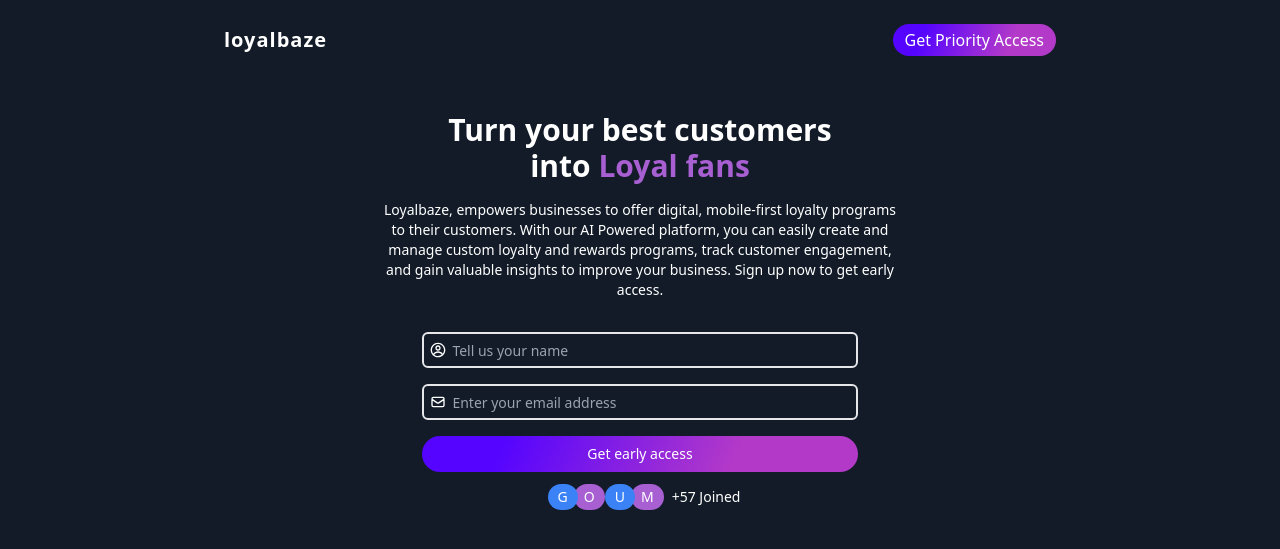
Repository: Jerified/loyalbaze
Page: /
An editor plug-in stored every save of this project. The page is shown before and after a run of saves, followed by the edit.
The browser window is 1280 px wide. The pictures show the whole page.
The project was rebuilt for these pictures with package versions that can differ from the ones it lists, and the page was loaded fresh each time. The framework's server and built-in components were replaced by stand-ins that run in the browser. Also part of the build but not shown: next.config.js.

Above is the page before, as saved 2023-02-10 23:22:33.

### src/app/layout.tsx
import Header from '@/components/Header'

import './globals.css'
import Providers from './Providers';

export default function RootLayout({
  children,
}: {
  children: React.ReactNode
}) {
  return (
    <html lang="en">
      <head />
      <body>
          <Header />
          {children}
      </body>
    </html>
  );
}

### src/app/page.tsx
import Contents from "@/components/Contents";


export default async function Home() {

  return  (
  <main className='max-w-6xl mx-auto px-8'>
    <Contents />
  </main>
  )
}

### src/components/Header.tsx

import { AiFillHome } from "react-icons/ai";
import { BsFillInfoCircleFill } from "react-icons/bs";
import Link from "next/link";

export default function Header() {
  return (
    <div className="flex justify-between px-8 max-w-4xl sm:mx-auto items-center py-6">
      <div className="text-xl font-semibold tracking-wider ">loyalbaze</div>

      <button className="borde px-3 py-1 rounded-full bg-[linear-gradient(112.92deg,_#5404FF_18.35%,rgba(189,_59,_210,_0.94)_71.49%)]">
        <div className="bg-inherit">Get Priority Access</div>
      </button>
    </div>
  );
}

### src/app/globals.css
@tailwind base;
@tailwind components;
@tailwind utilities;

body{
  background-color: #121B27;
  color: white
}

### src/components/Contents.tsx
import React from 'react'
import {CgProfile} from 'react-icons/cg'
import { HiOutlineMail } from "react-icons/hi";

const Contents = () => {
  return (
    <div className="pt-8  pb-16">
      <h1 className="font-bold text-center text-3xl max-w-sm mx-auto ">
        Turn your best customers into{" "}
        <span className="text-[#A75FD2] ">Loyal fans</span>
      </h1>
      <p className="text-center pt-4 max-w-[22rem] md:max-w-lg mx-auto text-sm ">
        Loyalbaze, empowers businesses to offer digital, mobile-first loyalty
        programs to their customers. With our AI Powered platform, you can
        easily create and manage custom loyalty and rewards programs, track
        customer engagement, and gain valuable insights to improve your
        business. Sign up now to get early access.
      </p>
      <form action="" className="pt-8 grid place-items-center gap-4 pb-3">
        <div className="w-[80%] md:w-[60%] lg:w-[40%] relative flex items-center">
          <input
            type="text"
            className=" bg-inherit border-2 w-full rounded-md py-1 px-2 pl-7 placeholder:text-[14px] "
            placeholder="Tell us your name"
          />
          <CgProfile className="absolute left-2 top-[50%] -translate-y-[50%]" />
        </div>
        <div className="w-[80%] md:w-[60%] lg:w-[40%] relative flex items-center">
          <input
            type="text"
            className=" bg-inherit border-2 w-full rounded-md py-1 px-2 pl-7 placeholder:text-[14px] placeholder:pt-[-1px] "
            placeholder="Enter your email address"
          />
          <HiOutlineMail className="absolute left-2 top-[50%] -translate-y-[50%]" />
        </div>
        <button className="text-sm bg-[linear-gradient(112.92deg,_#5404FF_18.35%,rgba(189,_59,_210,_0.94)_71.49%)] rounded-full w-[80%] md:w-[60%] lg:w-[40%] py-2">
          Get early access
        </button>
      </form>
      <div className="flex relative text-sm justify-center items-center">
          <p className="bg-blue-500 rounded-full w-fit px-[10px] py-[3px] relative  left-2 z-10">
            G
          </p>
          <p className="bg-[#A75FD2] rounded-full w-fit px-[10px] py-[3px] relative left-1">
            O
          </p>
          <p className="bg-blue-500 rounded-full w-fit px-[10px] py-[3px] relative left-1">
            U
          </p>
          <p className="bg-[#A75FD2] rounded-full w-fit px-[10px] py-[3px]">
            M
          </p>
          <p className="pl-2 font-medium">+57 Joined</p>
      </div>
    </div>
  );
}

export default Contents

### tailwind.config.js
/** @type {import('tailwindcss').Config} */
module.exports = {
  content: ["./src/**/*.{html,js,jsx,ts,tsx}"],
  theme: {
    extend: {},
  },
  plugins: [],
  darkMoode:"class"
}

After the next 2 saves:
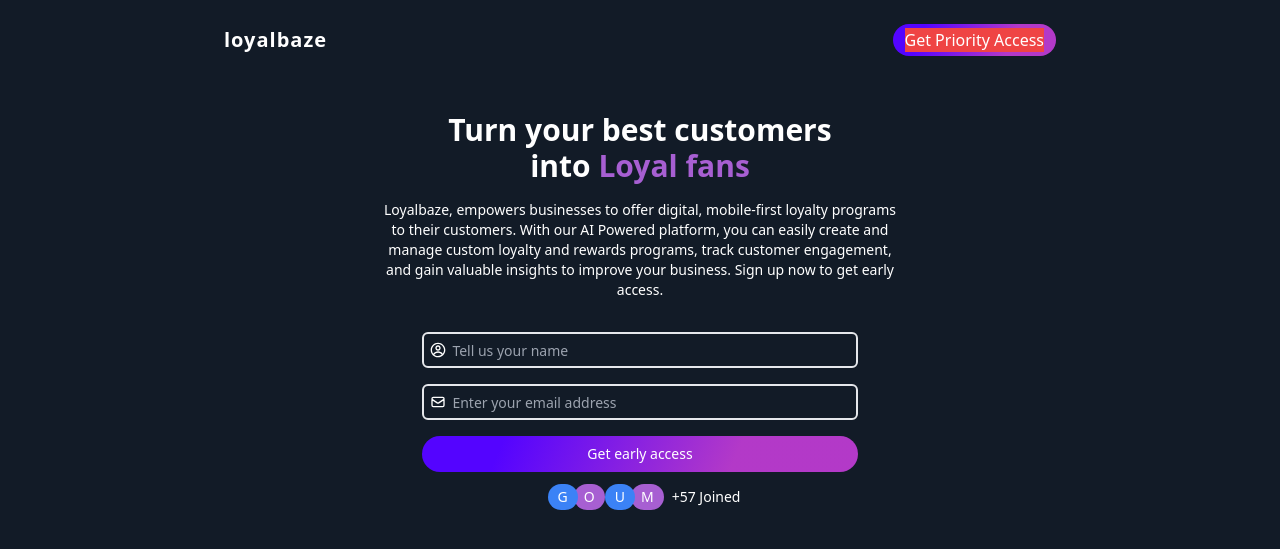
The 2 saves are shown as one change because they came seconds apart.
The last was saved 17 s later.
--- a/src/components/Header.tsx
+++ b/src/components/Header.tsx
@@ -9,7 +9,7 @@ export default function Header() {
       <div className="text-xl font-semibold tracking-wider ">loyalbaze</div>
 
       <button className="borde px-3 py-1 rounded-full bg-[linear-gradient(112.92deg,_#5404FF_18.35%,rgba(189,_59,_210,_0.94)_71.49%)]">
-        <div className="bg-inherit">Get Priority Access</div>
+        <div className="bg-red-500">Get Priority Access</div>
       </button>
     </div>
   );
